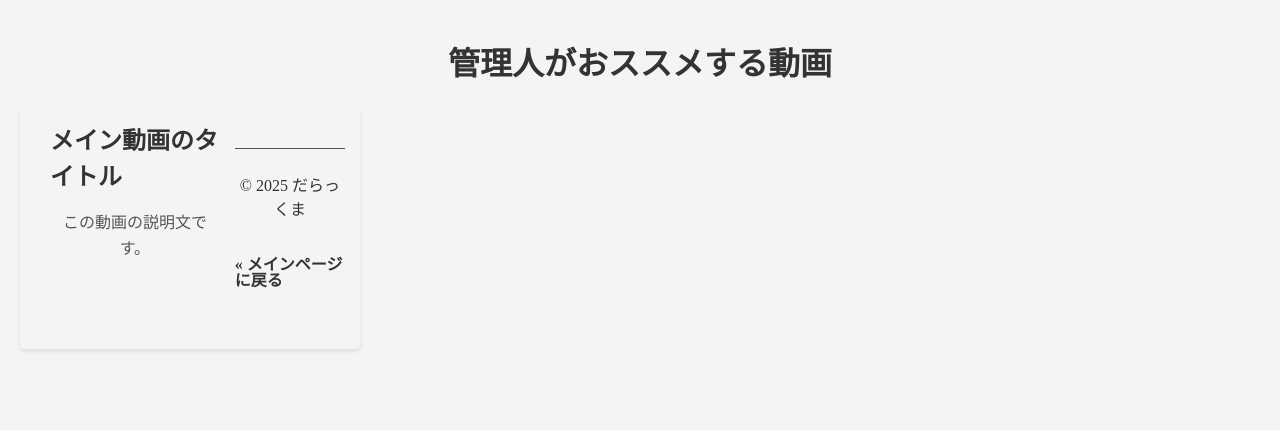
Repository: rydeen7907/html
Page: movie_link.html
An editor plug-in stored every save of this project. The page is shown before and after a run of saves, followed by the edit.
The browser window is 1280 px wide. The pictures show the whole page.
Pictures or frames that could not be fetched are drawn as grey boxes.

Above is the page before, as saved 2025-04-29 18:25:07.

### movie_link.html
<!DOCTYPE html>
<html lang="ja">
<head>
    <meta charset="UTF-8">
    <meta name="viewport" content="width=device-width, initial-scale=1.0">
    <title>運営者お気に入りの動画リンク</title>
    <link rel="stylesheet" href="style.css">
</head>
<body>

<header>
    <h1>管理人がおススメする動画</h1>
</header>

<div class="video-item">
    <div class="vi"
    <iframe src="https://www.youtube.com/embed/VIDEO_ID" title="YouTube video player" frameborder="0" allow="accelerometer; autoplay; clipboard-write; encrypted-media; gyroscope; picture-in-picture; web-share" allowfullscreen></iframe>
</div>

<div class="video-info">
    <h3 class="video-title">メイン動画のタイトル</h3>
    <p class="video-description">この動画の説明文です。</p>
</div>

<footer class="social-links">
    <p>&copy; 2025 だらっくま</p>
    <a href="index.html">&laquo; メインページに戻る</a>
</footer>

</body>
</html>

### style.css
/* 基本スタイル */
:root {
    /* 色の設定 */
    --text-color-dark: #333; /*  */
    --text-color-light: #555; /*  */
    --background-color: #f4f4f4; /*  */
    --background-color-scroll: aqua; /*  */
    --link-color: #333; /* リンクの色 */
    --link-color-hover: #ff8000; /* ホバー時のリンク色 */

/* タイポグラフィ */
    --font-family: Arial, sans-serif; /* フォントファミリー */
    --line-height-base: 1.5; /* 行間を調整 (例：1.5倍 px,%,emでも可能) */
    --font-size-small: 12px; /* フォントサイズを小さく */
    --font-size-base: 16px; /* 基本フォントサイズ */
    --font-size-large: 24px; /* 大きなフォントサイズ */
    --font-size-xlarge: 32px; /* 特大フォントサイズ */

/* 余白 */
    --margin-xs: 5px; /* 小さなマージン */
    --margin-s: 10px; /* 基本マージン */
    --margin-m: 15px; /* 中くらいのマージン */
    --margin-l: 20px; /* 大きなマージン */
    --margin-xl: 25px; /* 特大マージン */
    --margin-xxl: 40px; /* 特特大マージン */
    --margin-xxxl: 50px; /* 特特特大マージン */
}

body {
    margin: 0; /* ブラウザデフォルトのマージンをリセット */
    padding: 0; /* ブラウザデフォルトのパディングをリセット */
    padding-bottom: var(--margin-xxxl); /* ページ下部のパディングを追加 */
    font-family: var(--font-size-base);
    line-height: var(--line-height-base); /* 行間を読みやすく調整 (例：2.0倍 px,%,emでも可能) */
    color: var(--text-color-dark); /* 文字色を濃いグレーに設定 */
    background-color: var(--background-color); /* 背景色を薄いグレーに設定 */
}

/* ヘッダー */
.header-image {
    display: block; /* 中央配置のためブロック要素に */
    width: 100%;
    /* max-width: auto; は width: 100%; があれば不要 */
    height: 400px;
    margin: 0 auto; /* 上下のマージンは０、左右は自動で中央揃え */
    object-fit: cover; /* 画像のアスペクト比を維持、要素に合わせる */
}

/* 画像の説明文 */
.image-caption {
    padding-top: var(--margin-xs); /* 上部のパディングを追加 */
    padding-bottom: var(--margin-xs); /* 下部のパディングを追加 */
    padding-left: var(--margin-m);    /* 左側のパディングを追加 */
    padding-right: var(--margin-m); /* 右側のパディングを追加 */

    margin-top: var(--margin-xs); /* 上部のマージンを追加 */
    margin-bottom: var(--margin-xl); /* 下部のマージンを追加 */
    font-size: var(--font-size-small); /* フォントサイズを小さく */
    color: var(--text-color-light); /* 文字色を薄いグレーに */
    text-align: right; /* 右寄せ */
}

/* 画像キャプション内のリンク */
.image-caption a {
    color: inherit; /* リンクの色 */
    text-align: right;
    text-decoration: none; /* 下線を削除 */
}

.image-caption a:hover,
.image-caption a:focus {
    color: var(--link-color-hover); /* ホバー時のリンク色 */
    text-decoration: underline; /* 下線を追加 */
}

/* スクロールテキストコンテナ */
.scrolling-text-container {
    width: 100%; /* 幅 */
    height: 55px; /* 高さ */
    margin-bottom: var(--margin-xxl); /* 下部のマージンを追加 */
    padding-top: var(--margin-xs); /* 上部のパディングを追加 */
    padding-bottom: var(--margin-s); /* 下部のパディングを追加 */
    box-sizing: border-box; /* パディングとボーダーを含めたサイズ計算 */
    background-color: var(--background-color-scroll); /* 背景色をアクアに設定 */
    overflow: hidden; /* はみ出た部分を隠す */
}

/* スクロールテキスト */
.scrolling-text {
    display: inline-block; /* インラインブロック要素に設定 */
    margin: 0; /* コンテナ内でのマージンを削除 */
    padding-left: 100%; /* 開始位置を右側に設定 */
    font-size: var(--font-size-large); /* フォントサイズ */
    font-weight: bold; /* 太字に設定 */
    color: var(--text-color-dark); /* 文字色を濃いグレーに */
    white-space: nowrap; /* 折り返し禁止 */
    animation: scroll-left 25s linear infinite; /* アニメーションを適用 */
}

/* スクロールアニメーションの定義 */
@keyframes scroll-left {
    0% {
        transform: translateX(0); /* 開始位置 */
    }
    100% {
        /* テキスト自身の幅だけ左に移動させる */
        transform: translateX(-150%);
    }
}

/* メインコンテンツ */
h1 {
    margin: var(--margin-xxl) 0 var(--margin-l); /* 上下のマージンを追加 */
    font-size: var(--font-size-xlarge); /* フォントサイズ */
    font-weight: bold; /* 太字に設定 */
    text-align: center; /* 中央配置 */
    color: var(--text-color-dark); /* 文字色を濃いグレーに */
}

main h2 {
    margin-left: var(--margin-m); /* 左側のマージンを追加 */
    text-align: left; /* 左寄せ */
}

/* リンクリストのスタイル */
main .link-list {
    list-style: none;
    padding-left: 0;
    margin-left: var(--margin-s);
    text-align: left;
}

/* リストアイテム下の余白 */
main .link-list li {
    margin-bottom: var(--margin-xs); /* 各リンク間 縦方向の余白 */
}

/* 段落 p */
p {
    margin: var(--margin-m) 0 ; /* 上下のマージンを追加 */
    padding-bottom: var(--margin-s);
    text-align: center; /* 中央配置 */
    font-size: var(--font-size-base); /* フォントサイズ */
}

main p{
    margin-left: var(--margin-xxxl); /* 左側のマージンを追加 */
    text-align: left; /* 左寄せ */
    font-size: var(--font-size-base); /* フォントサイズ */
}

/* ページナビゲーション(横並び) */
.page-navigation {
    text-align: center; /* 中央配置 */
    margin-top: var(--margin-l);
    margin-bottom: var(--margin-l);
}

.page-navigation a {
    display: inline-block; /* インラインブロック要素に設定 */
    margin: 0 var(--margin-s); /* 左右のマージンを追加 */
    font-size: var(--font-size-base); /* フォントサイズ */
    font-weight: bold; /* 太字に設定 */
    /* text-align: center; /* 中央配置 */
    text-decoration: none; /* 下線を削除 */
    transition: color 0.3s; /* ホバー時の色変更にトランジションを追加 */
}

/* ホバー時のスタイル */
.page-navigation a:hover,
.page-navigation a:focus {
    color: var(--link-color-hover); /* ホバー時の文字色をオレンジに変更 */
    text-decoration: underline; /* 下線を追加 */
}

/* リンク a */
a {
    display: block;
    color: var(--link-color); /* 文字色を赤に */
    margin: var(--margin-s) auto; /* 上部のマージンを追加 */
    font-size: var(--font-size-base); /* フォントサイズ */
    font-weight: bold; /* 太字に設定 */
    text-align: left;
    text-decoration: none; /* 下線を削除 */
    transition: color 0.3s; /* ホバー時の色変更にトランジションを追加 */
}

/* ホバー時のスタイル */
a:hover,
a:focus { /* ホバーとフォーカス時に適用するスタイル */
    color: var(--link-color-hover); /* ホバー時の文字色をオレンジに変更 */
    text-decoration: underline; /* 下線を追加 */
}

/* SNS リンク */
.social-links {
    text-align: center;
    margin: var(--margin-xl) 0; /* 上下のマージンを追加 */
    padding-bottom: var(--margin-s); /* 上下のパディングを追加 */
    border-top: 1px solid var(--text-color-light); /* 上部に薄いグレーのボーダーを追加 */
    padding-top: var(--margin-s); /* 上部のパディングを追加 */
}

.social-links h2 {
    font-size: var(--font-size-base); /* フォントサイズ */
    color: var(--text-color-dark); /* 文字色を濃いグレーに */
    margin: var(--margin-s) 0; /* 上下のマージンを追加 */
    font-weight: normal; /* 太字に設定 */
}

.social-links ul {
    list-style: none; /* リストのマークを削除 */
    padding: 0; /* パディングを削除 */
    margin: 0; /* マージンを削除 */
}

.social-links li {
    display: inline-block; /* 横並び */
    margin: 0 var(--margin-s); /* 左右のマージンを追加 */
}

/* SNSリンク 固有のスタイル */
.social-links a {
    display: inline-block; /* クリック範囲を確保 */
    line-height: 1; /* 画像のベースラインを揃えるのに役立つ */
    /* color: var(--link-color); /* リンクの色 */
    text-decoration: none; /* 下線を削除 */
    /*font-size: var(--font-size-base); /* フォントサイズ */
    transition: opacity 0.5s; /* ホバー時の透明度変更 (テキスト：color 0.3s)*/
}

.social-icon {
    width: 48px; /* アイコンの幅 */
    height: 48px; /* アイコンの高さ */
    vertical-align: middle; /* 他のアイコンと並んだ場合の垂直配置を中央に */
    /*object-fit: cover; /* 画像のアスペクト比を維持、要素に合わせる */
}

/* ホバー時のスタイル */
.social-links a:hover,
.social-links a:focus {
    /* color: var(--link-color-hover); /* ホバー時の文字色をオレンジに変更 */
    /* text-decoration: underline; /* 下線を追加 */
    opacity: 0.7; /* ホバー時の透明度を変更 */
}

/* 動画コンテナのスタイル*/
.video-item {
    display: flex;
    align-items: flex-start;
    gap: 15px;
    margin: 20px; /* 上下左右のマージン 左右はautoで中央寄せ */
    max-width: 310px;
    padding: 15px; /* 内側の余白 */
    background-color: var(--background-color); /* 背景色を薄いグレーに設定 */
    border-radius: 4px; /* 角を丸める*/
    box-shadow: 0 2px 4px rgba(0, 0, 0, 0.1); /* 影を追加 */
}

/* 動画フレームのスタイル */
.video-frame {
    width: 100%; /* 動画フレームの幅 */
    flex-shrink: 0;
}

/* iframeのスタイル */
.video-flame iframe {
    width: 100%; /* .video-frame の幅に合わせる*/
    aspect-ratio: 16 / 9;
    display: block;
    border: none;
    border-radius: 5px;
}

.video-info{
    flex-grow: 1; /* 残りのスペースを占有 */
    text-align: left; /* 左寄せ */
}

/* 動画情報のスタイル */
/*.video-title .video-description {
    flex-grow: 1;
    text-align: left;
} */

/* 動画タイトルのスタイル*/
.video-title {
    margin-top: 0;
    margin-bottom: 10px;
    font-size: 24px;
    font-weight: bold;
}

/* 動画説明文 */
.video-description {
    color: #555;
    font-size: 16px;
    line-height: 1.6;
}

/* レスポンシブ対応 */
@media (max-width: 480px) {
    .video-item {
        flex-direction: column;
        align-items: stretch;
        max-width: 100%;
        margin: 20px auto;
        padding: 15px;
        gap: 10px;
    }

    .video-frame {
        width: 100%;
        flex-shrink: initial;
    }

    .video-title {
        font-size: 16px;
    }

    .video-description {
        font-size: 14px;
    }
}

After the next 2 saves:
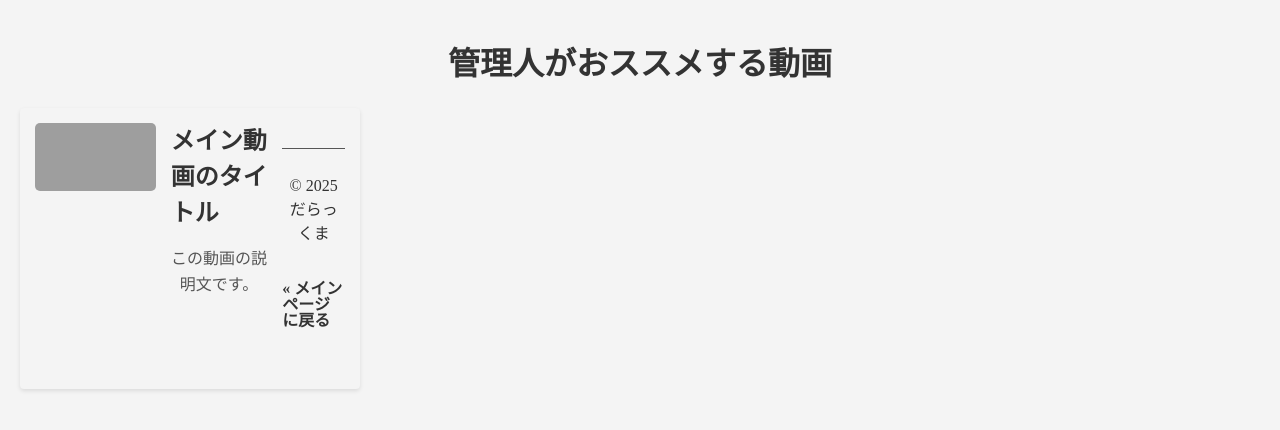
The 2 saves are shown as one change because they came seconds apart.
The last was saved 7 s later.
--- a/movie_link.html
+++ b/movie_link.html
@@ -13,7 +13,7 @@
 </header>
 
 <div class="video-item">
-    <div class="vi"
+    <div class="video-flame">
     <iframe src="https://www.youtube.com/embed/VIDEO_ID" title="YouTube video player" frameborder="0" allow="accelerometer; autoplay; clipboard-write; encrypted-media; gyroscope; picture-in-picture; web-share" allowfullscreen></iframe>
 </div>
 
